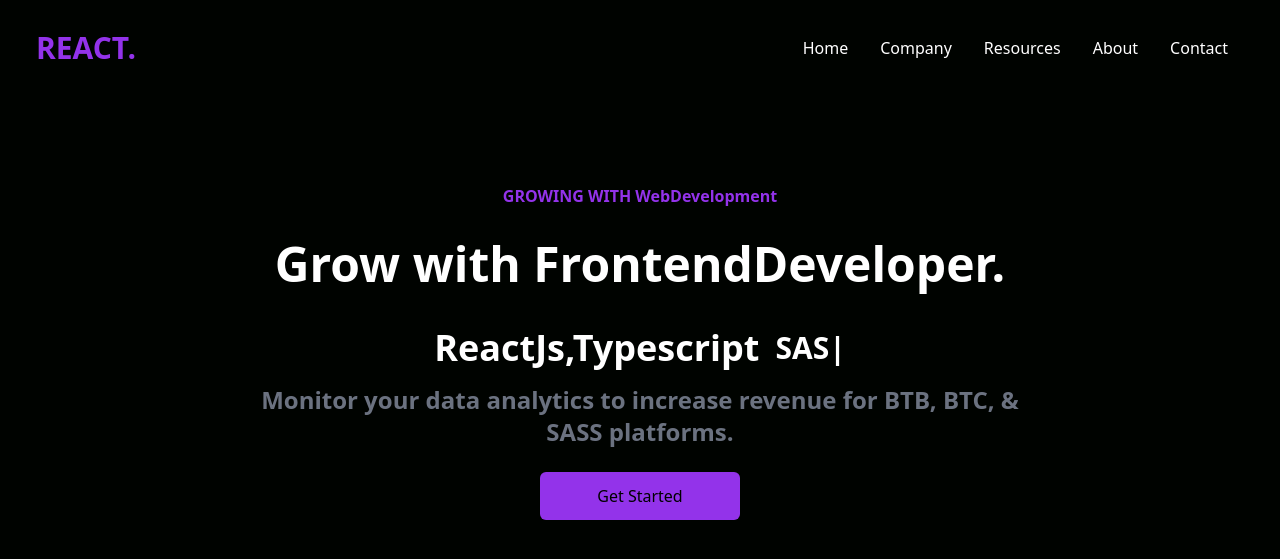
Repository: OmniaRafat232111121/tailwindreact
Page: /
An editor plug-in stored every save of this project. The page is shown before and after the next save, followed by the edit.
The browser window is 1280 px wide. The pictures show the whole page.
The project was rebuilt for these pictures with package versions that can differ from the ones it lists, and the page was loaded fresh each time.

Above is the page before, as saved 2022-09-11 02:16:36.

### src/index.js
import React from 'react';
import ReactDOM from 'react-dom/client';
import './index.css';
import App from './App';
import 'animate.css';
const root = ReactDOM.createRoot(document.getElementById('root'));
root.render(
  <React.StrictMode>
    <App />
  </React.StrictMode>
);

### src/App.js
import React from 'react';
// import Analytics from './components/Analytics';
// import Cards from './components/Cards';
// import Footer from './components/Footer';
 import Hero from './components/Hero';
import Navbar from './components/Navbar';
// import Newsletter from './components/Newsletter';

function App() {
  return (
    <div>
      <Navbar />
      <Hero/>
    </div>
  );
}

export default App;

### src/components/Hero.jsx
import React from 'react';
import Typed from 'react-typed';

const Hero = () => {
  return (
    <div className='text-white'>
      <div className='max-w-[800px] mt-[-96px] w-full h-screen mx-auto text-center flex flex-col justify-center'>
        <p className='text-purple-600 font-bold p-2'>
          GROWING WITH WebDevelopment
        </p>
        <h1 className='md:text-5xl sm:text-6xl text-4xl font-bold md:py-6'>
          Grow with FrontendDeveloper.
        </h1>
        <div className='flex justify-center items-center'>
          <p className='md:text-4xl sm:text-4xl text-xl font-bold py-4'>
            ReactJs,Typescript
          </p>
          <Typed
          className='md:text-3xl sm:text-4xl text-xl font-bold md:pl-4 pl-2'
            strings={['BTB', 'BTC', 'SASS']}
            typeSpeed={120}
            backSpeed={140}
            loop
          />
        </div>
        <p className='md:text-2xl text-xl font-bold text-gray-500'>Monitor your data analytics to increase revenue for BTB, BTC, & SASS platforms.</p>
        <button className='bg-purple-600 w-[200px] rounded-md font-medium my-6 mx-auto py-3 text-black'>Get Started</button>
      </div>
    </div>
  );
};

export default Hero;

### src/components/Navbar.jsx
import React, { useState } from 'react';
import { AiOutlineClose, AiOutlineMenu } from 'react-icons/ai';

const Navbar = () => {
    const [nav, setNav] = useState(false);

    const handleNav = () => {
      setNav(!nav);
    };

  return (
    <div className=' animate__animated animate__animated animate__backInRight flex justify-around items-center  text-white h-24 max-w-[1240px] px-4 mx-auto'>
      <h1 className='w-full text-3xl font-bold text-purple-600'>REACT.</h1>
      <ul className='hidden md:flex'>
        <li className='p-4 border-purple-600  hover:border-b-2 '>Home</li>
        <li className='p-4 border-purple-600  hover:border-b-2'>Company</li>
        <li className='p-4 border-purple-600  hover:border-b-2 '>Resources</li>
        <li className='p-4 border-purple-600  hover:border-b-2'>About</li>
        <li className='p-4 border-purple-600  hover:border-b-2 '>Contact</li>
      </ul>
      <div onClick={handleNav} className='block md:hidden'>
      {nav ? <AiOutlineClose size={20}/> : <AiOutlineMenu size={20} />}
  </div>
  <div className='h-100% animate__animated animate__animated animate__animate__shakeX'>
  <ul className={nav ? 'fixed left-0 top-0 w-[50%] min-h-[50%] border-r border-r-gray-900 bg-[#000300] ease-in-out duration-500' : 'ease-in-out duration-500 fixed left-[-100%]'}>
  <h1 className='w-full text-3xl font-bold text-purple-600 m-4'>REACT.</h1>
      <li className='p-4  border-purple-600  hover:border-b-4'>Home</li>
      <li className='p-4  border-purple-600  hover:border-b-4'>Company</li>
      <li className='p-4  border-purple-600  hover:border-b-4'>Resources</li>
      <li className='p-4  border-purple-600  hover:border-b-4'>About</li>
      <li className='p-4'>Contact</li>
  </ul>
  </div>
</div>
  );
};

export default Navbar;

Loaded but not shown: public/index.html (common file); src/index.css (common file); tailwind.config.js (common file)

After the next save:
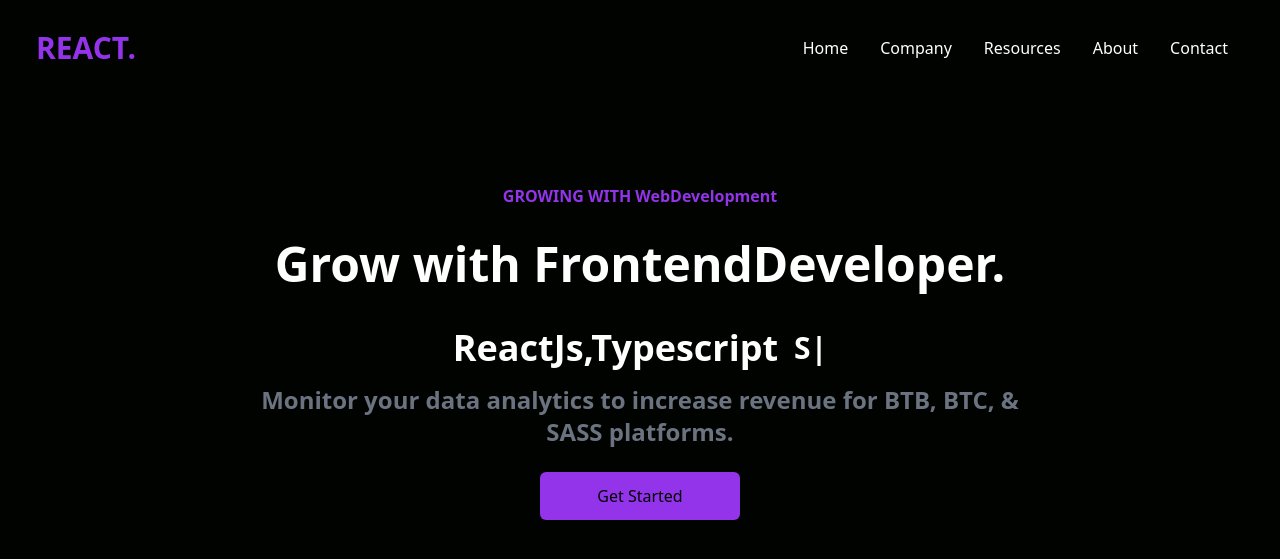
Saved 6 s later.
--- a/src/components/Hero.jsx
+++ b/src/components/Hero.jsx
@@ -17,7 +17,7 @@ const Hero = () => {
           </p>
           <Typed
           className='md:text-3xl sm:text-4xl text-xl font-bold md:pl-4 pl-2'
-            strings={['BTB', 'BTC', 'SASS']}
+            strings={['', 'BTC', 'SASS']}
             typeSpeed={120}
             backSpeed={140}
             loop
